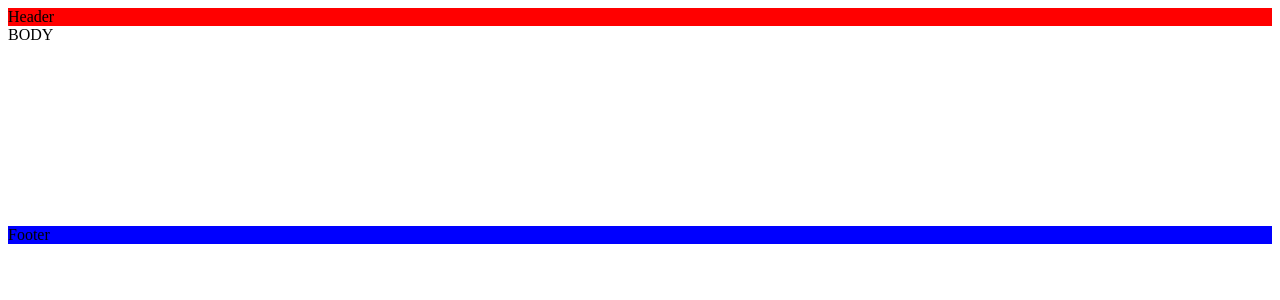
Repository: YokoInoue-u/samurai_HTML-CSS
Page: chap8.1.html
The author's editor kept a record of every edit. The page is drawn from the files as they stood at one moment, then again after the next edit.
The browser window is 1280 px wide. The pictures show the whole page.

Above is the page before.

After the next edit:
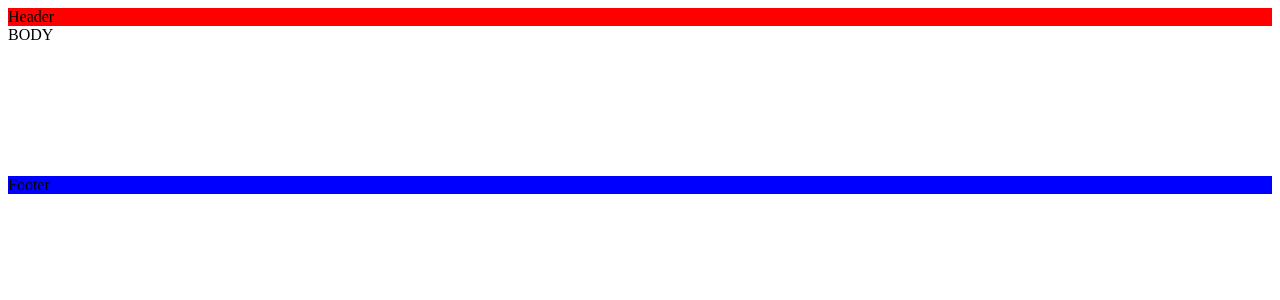
The edit:
--- a/chap8.1.html
+++ b/chap8.1.html
@@ -11,7 +11,7 @@
             background-color: blue;
         }
         .size {
-            height: 200px;
+            height:150px;
         }
     </style>
 </head>
